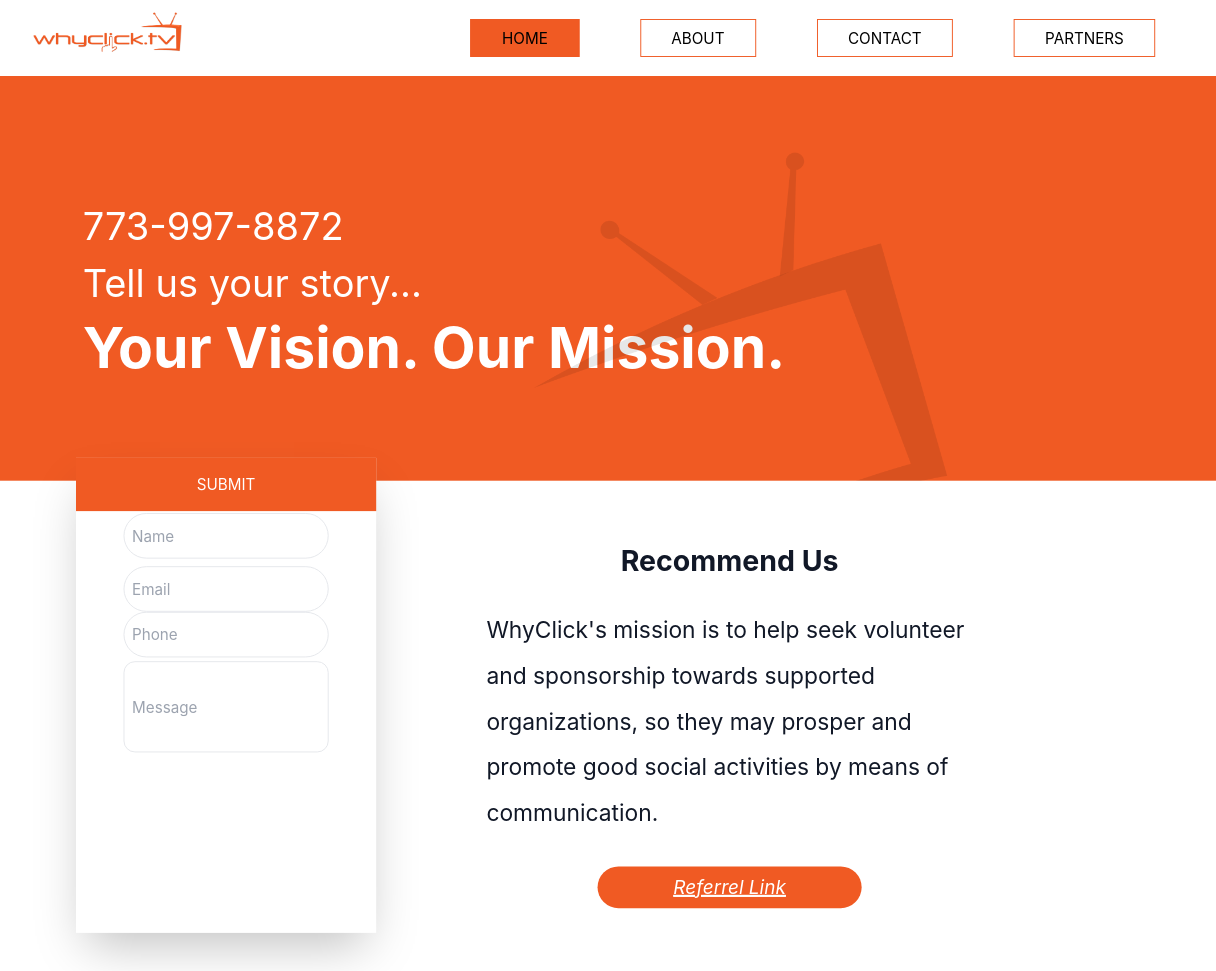
Repository: legenddev1202/whyclicktv
Page: /
These files come from the project's save history. The page is drawn as it stood at one moment and after the next save; the edit follows.
The browser window is 1280 px wide. The pictures show the whole page, at 95% of full size.
The project was rebuilt for these pictures with package versions that can differ from the ones it lists, and the page was loaded fresh each time. Also part of the build but not shown: src/App.css, src/pages/about.js, src/pages/contact.js, src/pages/partners.js, src/pages/referral.js.

Above is the page before, as saved 2022-03-31 13:08:52.

After the next save:
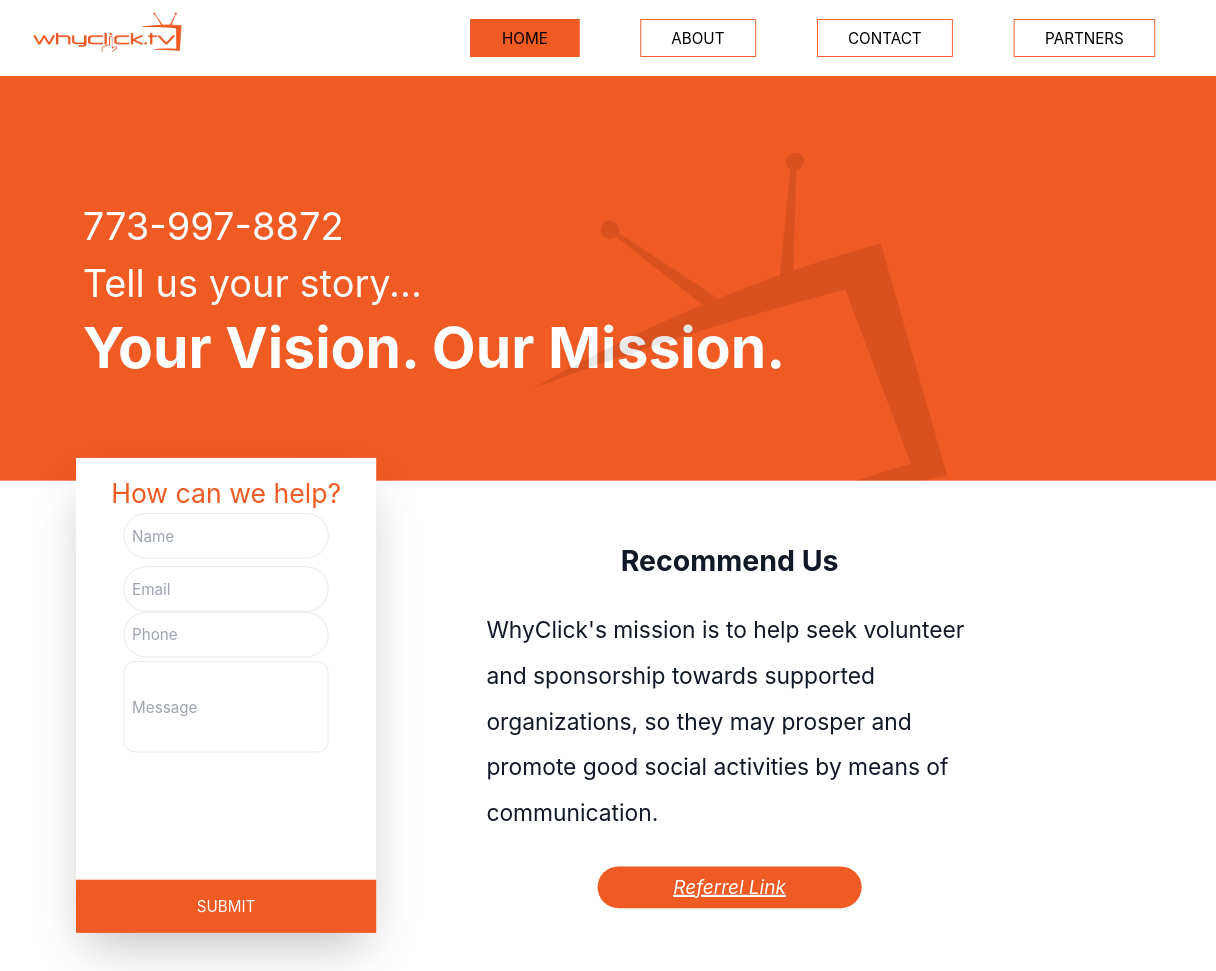
Saved 6 s later.
--- a/src/pages/home.js
+++ b/src/pages/home.js
@@ -118,7 +118,7 @@ function Home() {
             ></input>
           </div>
           <button
-            className="w-full h-14 flex items-center justify-center text-white absolute"
+            className="w-full h-14 flex items-center justify-center text-white absolute bottom-0"
             style={{ backgroundColor: "#F05A23" }}
           >
             SUBMIT
